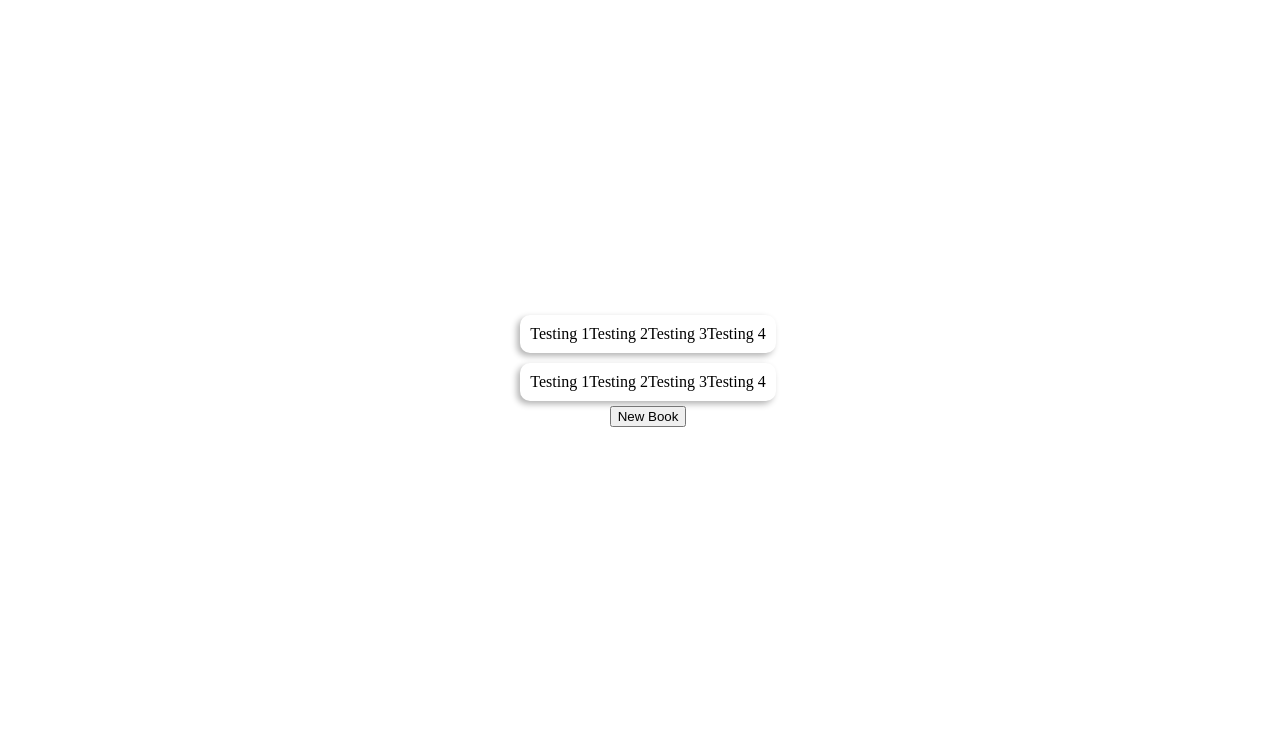
Repository: kocokoy/library
Page: index.html
These files come from the project's save history. The page is drawn as it stood at one moment and after a run of saves; the edit follows.
The browser window is 1280 px wide. The page is 1288 px wide, so the pictures cover 1288 px, including what lies to the right of the window. The pictures show the whole page.

Above is the page before, as saved 2024-11-05 15:49:37.

After the next 3 saves:
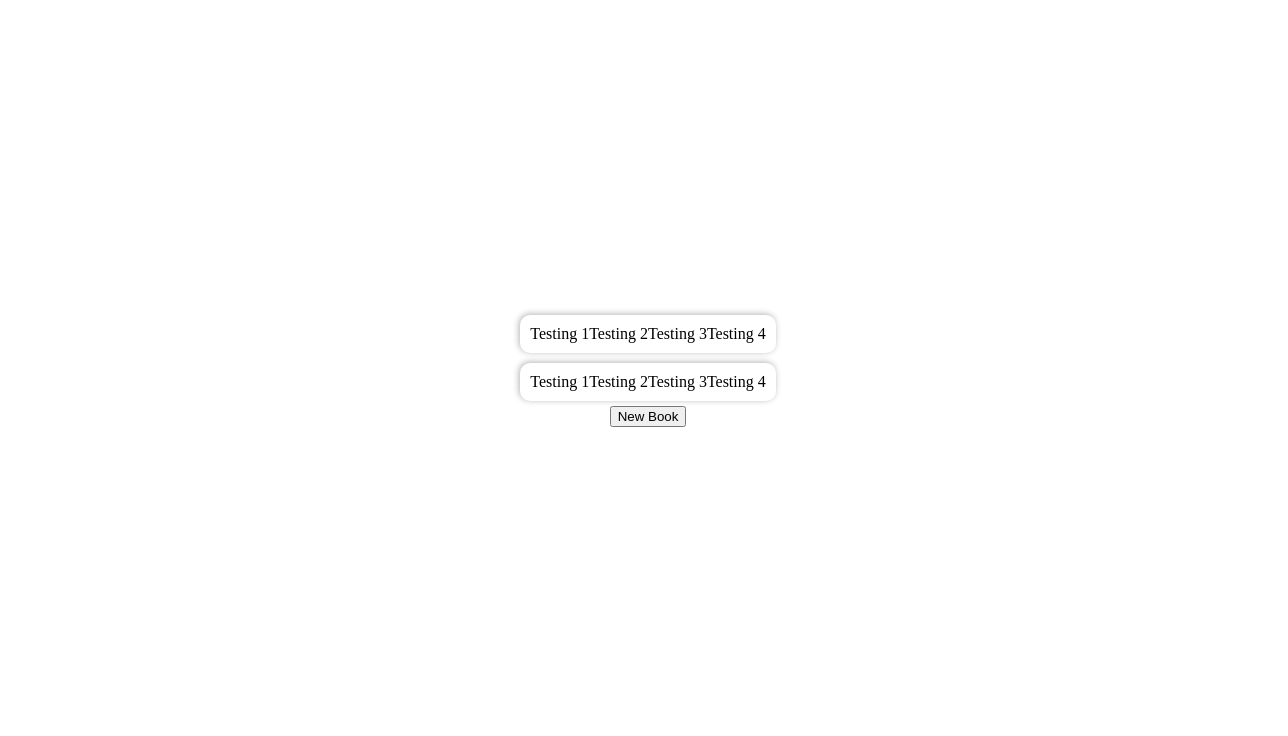
The 3 saves are shown as one change because they came seconds apart.
The last was saved 12 s later.
--- a/style.css
+++ b/style.css
@@ -10,7 +10,7 @@ body{
   align-items: center;
 }
 .book-card{
-  box-shadow: -3px 3px 6px rgba(0, 0, 0, 0.3);
+  box-shadow: -1px -1px 6px rgba(0, 0, 0, 0.3);
   padding: 10px;
   border-radius: 10px;
   display: flex;
